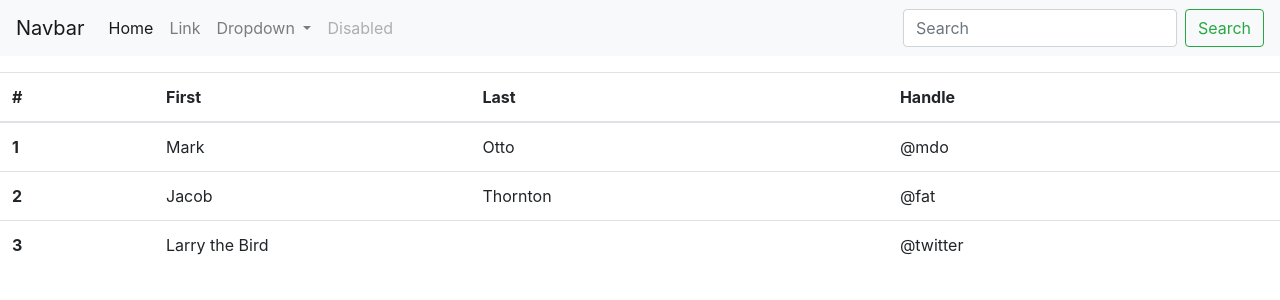
Repository: syawal2kalii/oop-php
Page: http://localhost/simple-login-register/view/admin.php
The author's editor kept a copy of each file at every save. The page is drawn from the files as they stood at one save, then again after the next save.
The browser window is 1280 px wide. The pictures show the whole page.
The page is run by PHP 8.4 with error messages shown; the project is at /var/www/html/.

Above is the page before, as saved 2020-03-09 18:53:13.

After the next save:
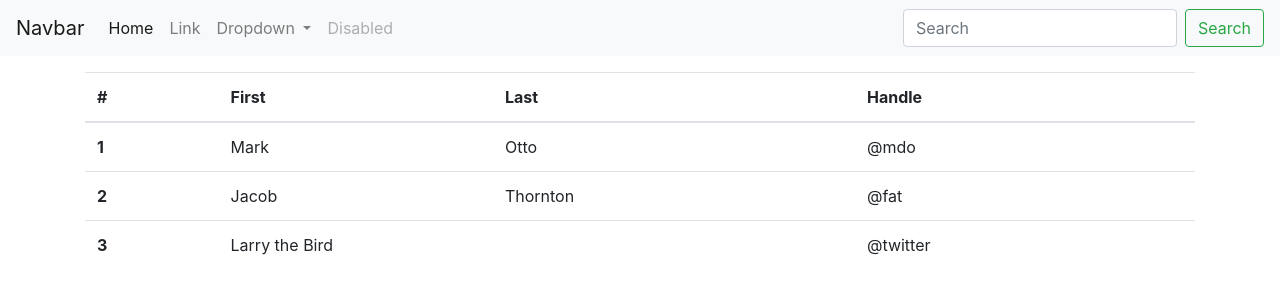
Saved 3 min 26 s later.
--- a/view/admin.php
+++ b/view/admin.php
@@ -48,38 +48,40 @@
   </div>
 </nav>
 
+<div class="container">
 <div class="table-responsive">
   <table class="table">
-  <table class="table table-hover">
-  <thead>
-    <tr>
-      <th scope="col">#</th>
-      <th scope="col">First</th>
-      <th scope="col">Last</th>
-      <th scope="col">Handle</th>
-    </tr>
-  </thead>
-  <tbody>
-    <tr>
-      <th scope="row">1</th>
-      <td>Mark</td>
-      <td>Otto</td>
-      <td>@mdo</td>
-    </tr>
-    <tr>
-      <th scope="row">2</th>
-      <td>Jacob</td>
-      <td>Thornton</td>
-      <td>@fat</td>
-    </tr>
-    <tr>
-      <th scope="row">3</th>
-      <td colspan="2">Larry the Bird</td>
-      <td>@twitter</td>
-    </tr>
-  </tbody>
-</table>
+    <table class="table table-hover">
+        <thead>
+            <tr>
+            <th scope="col">#</th>
+            <th scope="col">First</th>
+            <th scope="col">Last</th>
+            <th scope="col">Handle</th>
+            </tr>
+        </thead>
+        <tbody>
+            <tr>
+            <th scope="row">1</th>
+            <td>Mark</td>
+            <td>Otto</td>
+            <td>@mdo</td>
+            </tr>
+            <tr>
+            <th scope="row">2</th>
+            <td>Jacob</td>
+            <td>Thornton</td>
+            <td>@fat</td>
+            </tr>
+            <tr>
+            <th scope="row">3</th>
+            <td colspan="2">Larry the Bird</td>
+            <td>@twitter</td>
+            </tr>
+        </tbody>
+    </table>
   </table>
+</div>
 </div>
 
     </div>
